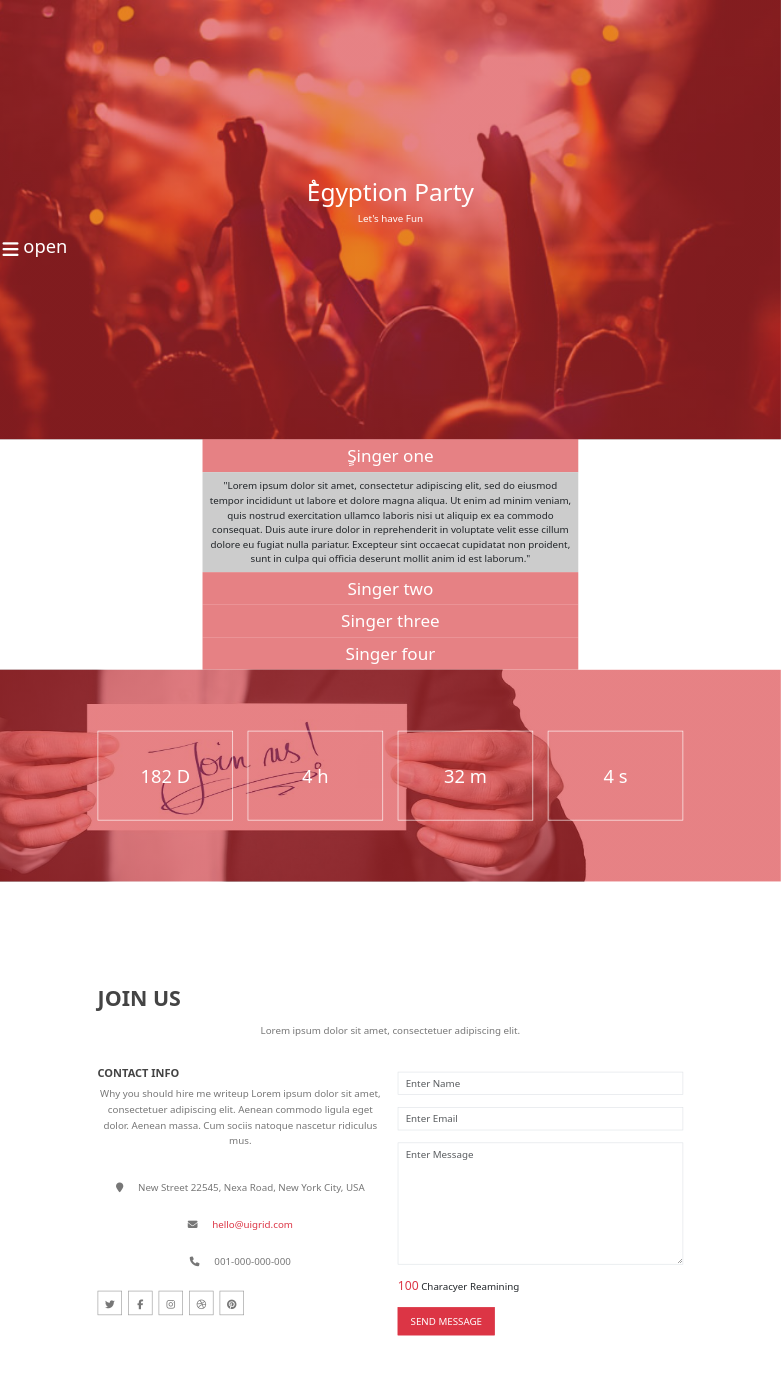
Repository: HagarYousry/jQuery
Page: index.html
These files come from the project's save history. The page is drawn as it stood at one moment and after the next save; the edit follows.
The browser window is 1280 px wide. The pictures show the whole page, at 61% of full size.

Above is the page before, as saved 2024-07-25 20:25:25.

### index.html
<!DOCTYPE html>
<html lang="en">

<head>
    <meta charset="UTF-8">
    <meta name="viewport" content="width=device-width, initial-scale=1.0">
    <title>Egyption party</title>
    <!-- web fonts  -->
    <link rel="stylesheet" href="css/all.min.css">
    <!-- bootstrap -->
    <link rel="stylesheet" href="css/bootstrap.min.css">
    <!-- main css -->
    <link rel="stylesheet" href="css/main.css">
</head>

<body>
    <!--start home  -->
    <section id="home">
        <div id="sideNav" class="bg-black p-5">
            <a class="p-0 closeIcon">
                <i class="fa-solid fa-xmark "></i>
            </a>
            <a class="sideNav-link mt-2" href="#home">Home</a>
            <a class="sideNav-link" href="#Acordion">Duration</a>
            <a class="sideNav-link" href="#contact">Contact</a>
            <a class="sideNav-link" href="#count">Details</a>
        </div>

        <div class="home-title d-flex justify-content-center align-items-center flex-column vh-100 text-white">
            <h1>ُEgyption Party</h1>
            <p>Let's have Fun</p>
            <span class="navIcon align-self-start d-flex align-items-center ms-1">
                <i class="fa-solid fa-bars"></i>
                <h4 class="ms-2">open</h4>
            </span>
        </div>
    </section>


    <!-- start Acordion section  -->
    <section id="Acordion" class="Acordion text-center">

        <div class="container w-50">
            <h3 class="toggle">ٍSinger one</h3>
            <div class="inner first">"Lorem ipsum dolor sit amet, consectetur adipiscing elit, sed do eiusmod tempor
                incididunt ut labore et dolore magna aliqua. Ut enim ad minim veniam, quis nostrud exercitation ullamco
                laboris nisi ut aliquip ex ea commodo consequat. Duis aute irure dolor in reprehenderit in voluptate
                velit
                esse cillum dolore eu fugiat nulla pariatur. Excepteur sint occaecat cupidatat non proident, sunt in
                culpa
                qui officia deserunt mollit anim id est laborum."
            </div>


            <h3 class="toggle">Singer two</h3>
            <div class="inner">"Sed ut perspiciatis unde omnis iste natus error sit voluptatem accusantium doloremque
                laudantium, totam rem aperiam, eaque ipsa quae ab illo inventore veritatis et quasi architecto beatae
                vitae
                dicta sunt explicabo. Nemo enim ipsam voluptatem quia voluptas sit aspernatur aut odit aut fugit, sed
                quia
                consequuntur magni dolores eos qui ratione voluptatem sequi nesciunt. Neque porro quisquam est, qui
                dolorem
                ipsum quia dolor sit amet, consectetur, adipisci velit, sed quia non numquam eius modi tempora incidunt
                ut
                labore et dolore magnam aliquam quaerat voluptatem. Ut enim ad minima veniam, quis nostrum
                exercitationem
                ullam corporis suscipit laboriosam, nisi ut aliquid ex ea commodi consequatur? Quis autem vel eum iure
                reprehenderit qui in ea voluptate velit esse quam nihil molestiae consequatur, vel illum qui dolorem eum
                fugiat quo voluptas nulla pariatur?"
            </div>


            <h3 class="toggle">Singer three</h3>
            <div class="inner">"But I must explain to you how all this mistaken idea of denouncing pleasure and praising
                pain was born and I will give you a complete account of the system, and expound the actual teachings of
                the
                great explorer of the truth, the master-builder of human happiness. No one rejects, dislikes, or avoids
                pleasure itself, because it is pleasure, but because those who do not know how to pursue pleasure
                rationally
                encounter consequences that are extremely painful. Nor again is there anyone who loves or pursues or
                desires
                to obtain pain of itself, because it is pain, but because occasionally circumstances occur in which toil
                and
                pain can procure him some great pleasure. To take a trivial example, which of us ever undertakes
                laborious
                physical exercise, except to obtain some advantage from it? But who has any right to find fault with a
                man
                who chooses to enjoy a pleasure that has no annoying consequences, or one who avoids a pain that
                produces no
                resultant pleasure?"
            </div>


            <h3 class="toggle">Singer four</h3>
            <div class="inner">"At vero eos et accusamus et iusto odio dignissimos ducimus qui blanditiis praesentium
                voluptatum deleniti atque corrupti quos dolores et quas molestias excepturi sint occaecati cupiditate
                non
                provident, similique sunt in culpa qui officia deserunt mollitia animi, id est laborum et dolorum fuga.
                Et
                harum quidem rerum facilis est et expedita distinctio. Nam libero tempore, cum soluta nobis est eligendi
                optio cumque nihil impedit quo minus id quod maxime placeat facere possimus, omnis voluptas assumenda
                est,
                omnis dolor repellendus. Temporibus autem quibusdam et aut officiis debitis aut rerum necessitatibus
                saepe
                eveniet ut et voluptates repudiandae sint et molestiae non recusandae. Itaque earum rerum hic tenetur a
                sapiente delectus, ut aut reiciendis voluptatibus maiores alias consequatur aut perferendis doloribus
                asperiores repellat."

            </div>

        </div>
    </section>
    <!-- end Acordion section  -->

    <!-- start count section  -->
    <section id="count">
        <div class="container-fluid w-75 text-center text-white">
            <div class="row">
                <div class="col-md-3">
                    <div class="time">
                        <span class="days">00</span>
                    </div>
                </div>

                <div class="col-md-3">
                    <div class="time">
                        <span class="hours">00</span>
                    </div>
                </div>

                <div class="col-md-3">
                    <div class="time">
                        <span class="minutes">00</span>
                    </div>
                </div>

                <div class="col-md-3">
                    <div class="time">
                        <span class="seconds">00</span>
                    </div>
                </div>

            </div>
        </div>
    </section>
    <!-- end count section  -->

    <!-- start contact-us section  -->
    <section id="contact">
        <div class="container-fluid w-75">
            <div class="head">
                <h2 class="text-uppercase fw-bold">Join Us</h2>
                <p class="text-center">Lorem ipsum dolor sit amet, consectetuer adipiscing elit.</p>
            </div>
            <div class="row mt-5">
                <div class="col-md-6">
                    <div class="col-info">
                        <h3 class="text-uppercase">CONTACT INFO</h3>
                        <p class="text-center">Why you should hire me writeup Lorem ipsum dolor sit amet, consectetuer
                            adipiscing elit.
                            Aenean commodo ligula eget dolor. Aenean massa. Cum sociis natoque nascetur ridiculus mus.
                        </p>

                        <div class="icons text-center">
                            <p><i class="fa fa-map-marker"></i> New Street 22545, Nexa Road, New York City, USA</p>

                            <p class="text-danger"><i class="fa fa-envelope"></i> hello@uigrid.com</p>
                            <p><i class="fa fa-phone"></i> 001-000-000-000</p>
                        </div>

                        <div class="social d-flex align-items-center">

                            <i class="fab fa-twitter fa-fw"></i>
                            <i class="fab fa-facebook-f fa-fw"></i>
                            <i class="fab fa-instagram fa-fw"></i>
                            <i class="fab fa-dribbble fa-fw"></i>
                            <i class="fab fa-pinterest fa-fw"></i>

                        </div>
                    </div>
                </div>

                <div class="col-md-6">
                    <form>

                        <input class="form-control mt-2" type="text" placeholder="Enter Name">
                        <input class="form-control" type="email" placeholder="Enter Email">
                        <textarea class="form-control " placeholder="Enter Message"></textarea>
                        <span id="chars" class="text-danger">100</span> Characyer Reamining
                        <button class="btn btn-danger text-uppercase">Send Message</button>

                    </form>
                </div>
            </div>
        </div>
    </section>
    <!-- end contact-us section  -->


    <!-- jquery  -->
    <script src="js/jquery-3.7.1.min.js"></script>
    <!-- index js  -->
    <script src="js/index.js"></script>


</body>

</html>

### css/main.css
/*start home  */
#home{
    height: 100vh;
    background-image: linear-gradient(rgba(214, 46, 51, 0.6), rgba(214, 46, 51, 0.6)),
        url(../imgs/events-heavenly-header.jpg);
    background-position: center;
    background-size: cover;
    background-repeat: no-repeat;
}

#sideNav {
    position: fixed;
    top: 0;
    bottom: 0;
    left: 0;
    display: flex;
    flex-direction: column;
    z-index: 9999;
}

#sideNav a{
    padding: 20px;
    text-decoration: none;
    font-size: 25px;
    color: #818181;
    display: block;
    color: white;
    transition: 0.3s;
}

.closeIcon {
    position: absolute;
    top: 0;
    right: 25px;
    font-size: 26px;
    margin-left: 50px;
    color: white;
    padding-bottom: 10px;
    transition: 0.3s;
    cursor: pointer;
}

#sideNav a:hover {
    color: rgba(214, 46, 51, 0.4);
}

.navIcon i,
.navIcon h4 {
    font-size: 30px;
    cursor: pointer;
}





/* start Acordion section  */
.Acordion{
    padding: 100px auto;
}

.toggle {
    background-color: rgba(214, 46, 51, 0.6);
    cursor: pointer;
    color: white;
    padding: 10px;
    margin: 0px;
}

.inner {
    background-color: rgb(204, 204, 204);
    display: none;
    padding: 10px;
}

#Acordion .first {
    display: block;
}

/* end Acordion section  */

/* start count section  */

#count {
    background-image: linear-gradient(rgba(214, 46, 51, 0.6), rgba(214, 46, 51, 0.6)), url(../imgs/invitation-2508607__340.jpg);
    background-repeat: no-repeat;
    background-position: center center;
    background-size: 100% 100%;
    position: relative;
}

.container-fluid {
    padding: 100px 0px;
}

.time {
    padding: 50px;
    border: 1px solid #FFF;
    font-weight: 500;
    font-size: 30px;
}

/* end count section  */

/* start contact-us section  */
#contact {
    margin-top: 70px;
}

#contact .head h2 {
    font-size: 35px;
    color: #444;
    margin-bottom: 20px;
}

#contact .head p {
    color: #777;
    font-weight: 300;
    font-size: 16px;
}

#contact .col-md-6 .col-info .icons {
    margin-top: 50px;
}

#contact .col-md-6 .col-info .icons p {
    margin-bottom: 35px;
}

#contact .col-md-6 .col-info h3 {
    color: #444;
    font-size: 18px;
    font-weight: 900;
}

#contact .col-md-6 .col-info p {
    font-size: 16px;
    line-height: 26px;
    color: #777;
}

#contact i {
    margin-right: 20px;
    color: #777;
}

#contact .col-md-6 .col-info .social i {
    margin-right: 10px;
    border: 1px solid #999;
    width: 40px;
    height: 40px;
    line-height: 42px;
    cursor: pointer;
    text-align: center;
    transition: 0.5s all;
}

#contact .col-md-6 .col-info .social i:hover {
    color: #fff;
    background-color: #D62E33;
    border: 1px solid #D62E33;
}

#contact .col-md-6 form input,
#contact .col-md-6 form textarea {
    margin-bottom: 20px;
    border-radius: 0;
}

#contact .col-md-6 form textarea {
    height: 200px;
    resize: vertical;
}

#contact .col-md-6 form button {
    padding: 10px 20px;
    border-radius: 0;
    margin-top: 20px;
    display: block;
}

#contact .col-md-6 form #chars {
    font-size: 20px;
}
/* end contact-us section  */

### js/index.js
/// <reference types="../@types/jquery"/>

/* start sideNav */

const sideNavwidth = $('#sideNav').outerWidth(true);

$('#sideNav')
    .animate({ left: -sideNavwidth }, 0);

// open icon
$('.navIcon')
    .on('click', function () {
        $('#sideNav').animate({left :0 }, 1000);
        $('.home-title').animate({ marginLeft: sideNavwidth }, 1000)

    })

// close icon
$('.closeIcon')
    .on('click', function () {
        $('#sideNav').animate({ left: -sideNavwidth }, 1000);
        $('.home-title').animate({ marginLeft: 0 }, 1000)
    })


//! scroll to sections
$('.sideNav-link[href^="#"]')
    .on('click', function () {
        const sectionId = $(this).attr('href');
        // console.log(section);
        //! get section top
        const sectionTop = $(sectionId).offset().top;
        // console.log(top);
        $('html , body')
            .animate({ scrollTop: sectionTop }, 2000)
    })

// end sideNav section

// start Acordion section
//! slideToggle effect
$('#Acordion .toggle').on('click', function () {
    //! slide up all inner except the one i clicked on
    $('.inner').not($(this).next()).slideUp(500);
    //! slide toggle
    $(this).next().slideToggle(500);
});
// end Acordion section

//start count section
$(window).on('load', function () {
    countDownTime("24 january 2025 00:00:00");
})


function countDownTime(countTo) {

    //! get countTo date
    let futureDate = new Date(countTo);
    futureDate = (futureDate.getTime() / 1000);
    // console.log(futureDate);

    //! get current date
    let now = new Date();
    // console.log(now);
    now = (now.getTime() / 1000);

    //! get the difference between current date and countTo date by sec
    timeDifference = (futureDate - now);

    //?(24 * 60 * 60) ==> num. of sec in day ==> 86400
    let days = Math.floor(timeDifference / 86400);
    let hours = Math.floor((timeDifference - (days * 86400)) / 3600);
    let mins = Math.floor((timeDifference - (days * 86400) - (hours * 3600)) / 60);
    let secs = Math.floor((timeDifference - (days * 86400) - (hours * 3600) - (mins * 60)))


    $(".days").html(`${days} D`);
    $(".hours").html(`${hours} h`);
    $(".minutes").html(`${mins} m`);
    $('.seconds').html(`${secs} s`)

    //! Repeating the Countdown Every Second
    setInterval(function () {
        countDownTime(countTo);
    }, 1000);
}
//end count section

//start contact-us section
let maxLength = 100;
$('textarea').on('keyup', function () {
    //! val as getter ==> lenght
    let length = $(this).val().length;
    // console.log(length);
    let AmountLeft = maxLength - length;
    console.log(AmountLeft);
    if (AmountLeft <= 0) {
        $("#chars").text("your available characters finished");
    }
    else {
        $("#chars").text(AmountLeft);
    }
});
//end contact-us section

Loaded but not shown: css/all.min.css (library); css/bootstrap.min.css (library); js/jquery-3.7.1.min.js (library)

After the next save:
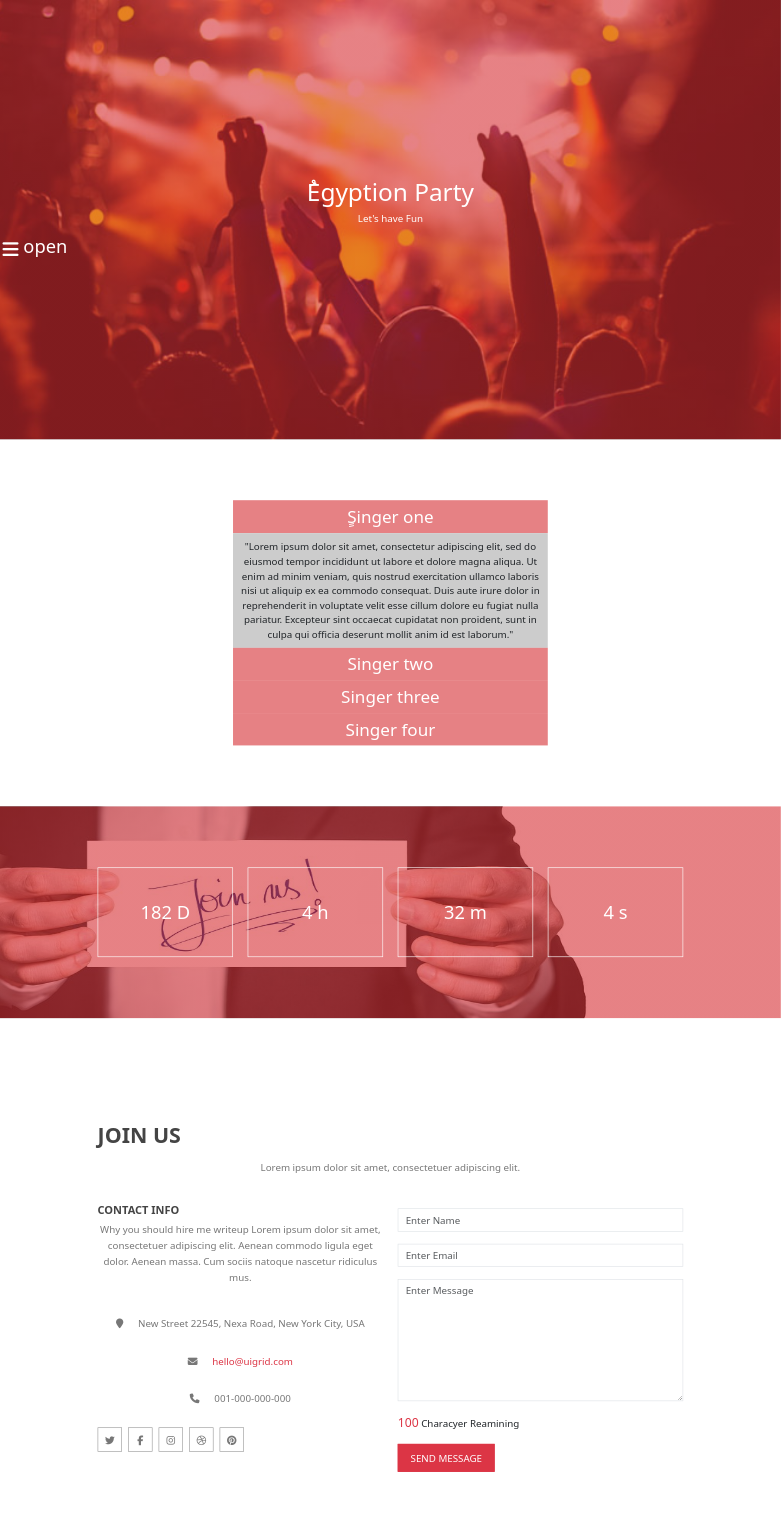
Saved 23 s later.
--- a/css/main.css
+++ b/css/main.css
@@ -56,7 +56,7 @@
 
 /* start Acordion section  */
 .Acordion{
-    padding: 100px auto;
+    padding: 100px ;
 }
 
 .toggle {

After the save that followed:
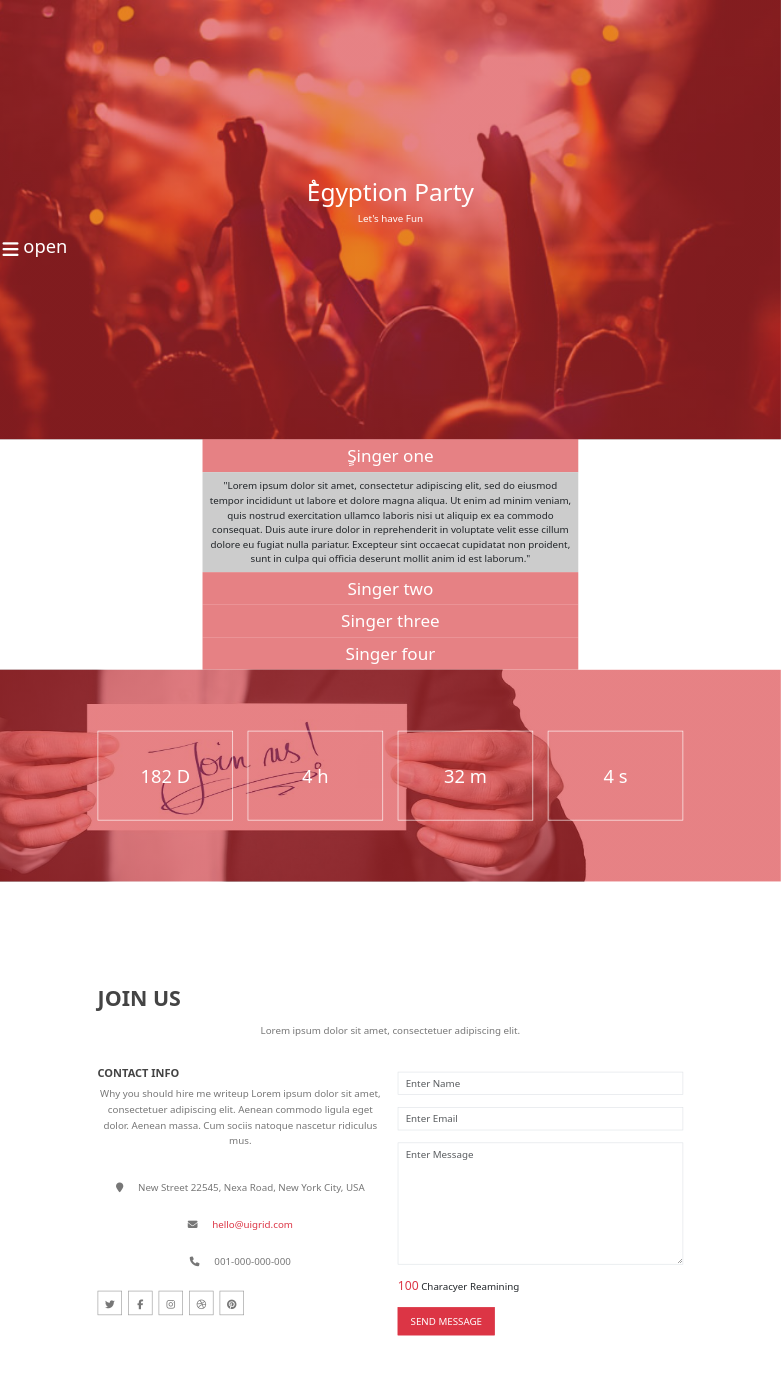
Saved 4 s later.
--- a/css/main.css
+++ b/css/main.css
@@ -56,7 +56,7 @@
 
 /* start Acordion section  */
 .Acordion{
-    padding: 100px ;
+    padding-: 100px ;
 }
 
 .toggle {
